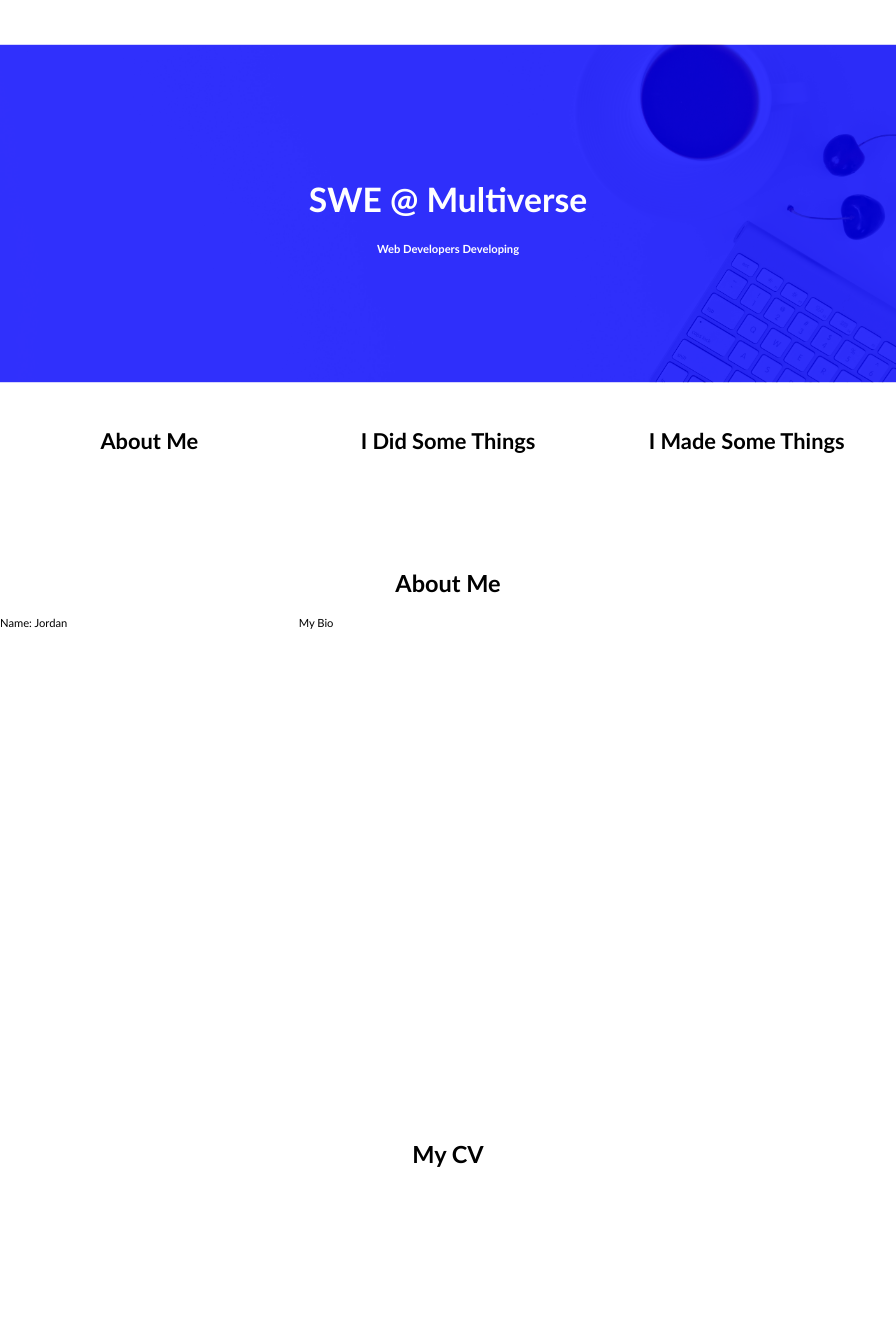
Repository: Scoofster/SWE-Flying-start-bio-website
Page: public/index.html
The author's editor kept a copy of each file at every save. The page is drawn from the files as they stood at one save, then again after the next save.
The browser window is 1280 px wide. The pictures show the part of the page from y = 0 to 1920 px (the page is 3231 px tall), at 70% of full size.

Above is the page before, as saved 2022-06-16 14:21:02.

### public/index.html
<!--
You may use this in any way, on any site, all we ask is that you please keep the link(s) crediting the author.   Though this is not mandatory, it is certainly appreciated.
 -->

<!DOCTYPE html PUBLIC "-//W3C//DTD XHTML 1.0 Strict//EN" "http://www.w3.org/TR/xhtml1/DTD/xhtml1-strict.dtd">
<html xmlns="http://www.w3.org/1999/xhtml" xml:lang="en" lang="en">
  <head>
    <title>Blue Bliss by Bryant Smith</title>
    <meta http-equiv="content-type" content="text/html;charset=utf-8" />
    <link rel="stylesheet" type="text/css" href="index.css" />
  </head>
  <body>
    <div id="mainContentArea">
      <div id="hero" class="content-section">
        <div id="hero-overlay"></div>
        <div id="banner-photo"></div>
        <div id="hero-text">
          <h1>SWE @ Multiverse</h1>
          <h4>Web Developers Developing</h4>
        </div>
        <div id="about-me-nav-link" class="nav-link">
          <h2><a href="#about-me">About Me</a></a></h2>
        </div>
        <div id="cv-nav-link" class="nav-link">
          <h2><a href="#cv">I Did Some Things</a></h2>
        </div>
        <div id="porfolio-nav-link" class="nav-link">
          <h2><a href="#portfolio">I Made Some Things</a></h2>
        </div>
      </div>
      <div id="about-me-anchor" class="section-header"><h2>About Me</h2></div>
      <div id="about-me" class="content-section">
        <div id="personal-info">Name: Jordan</div>
        <div id="bio">My Bio</div>
      </div>
      <div id="cv-anchor" class="section-header"><h2>My CV</h2></div>
      <div id="cv" class="content-section"></div>
      <div id="porfolio-anchor" class="section-header"><h2>My Porfolio</h2></div>
      <div id="porfolio" class="content-section"></div>
    </div>
  </body>
</html>

### public/index.css

html,body{
    margin:0;
    font-family:'Trebuchet MS', 'Lucida Sans Unicode', 'Lucida Grande', 'Lucida Sans', Arial, sans-serif
    }

.content-section {
    padding: 0%;
    display: grid;
    height: 100vh;
    grid-template-columns: 1fr 1fr 1fr;
}

#hero {
    margin-top: 5%;
    width: calc(100vw-30px);
    height: 100vh;
    text-align: center;
}

#hero-overlay {
    grid-area: 1 /1 / span 2 / span 3;
    opacity: 80%;
    background-color: blue;

}

#banner-photo {
    background-image: url(./imgs/splash_photo.jpg);
    grid-area: 1 /1/ span 2 / span 3;
    background-size:cover;
    background-repeat: no-repeat;
    margin: 0;
}

#hero-text {
    grid-area: 2/2/2/2;
    color: white;

    z-index: 1;
  }

#hero-text > h1 {
    font-size: 300%;
}

.nav-link {
    height: 70%;
    width:100%;
    display:flex;
    align-items: center;
    justify-content: center;
}

.nav-link a {
    color: black;
    text-decoration: none;
    font-size: 130%;
}
  #personal-info {
    grid-area: 1/1/3/1
  }


  .section-header {
     display: flex;
     justify-content: center;
     font-size: 140%;
  }

After the next save:
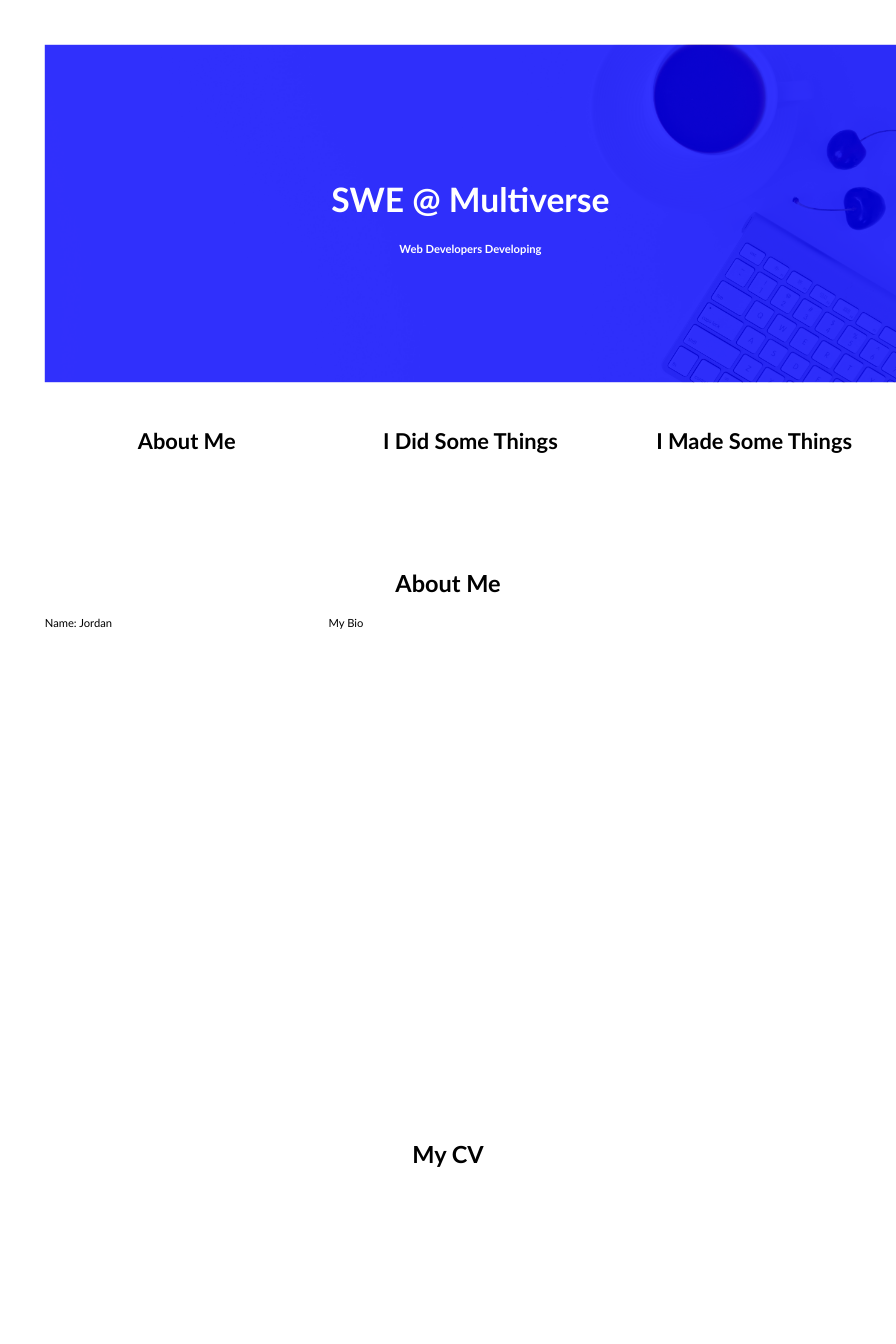
Saved 50 s later.
--- a/public/index.css
+++ b/public/index.css
@@ -5,6 +5,7 @@
     }
 
 .content-section {
+    margin-left: 5%;;
     padding: 0%;
     display: grid;
     height: 100vh;
